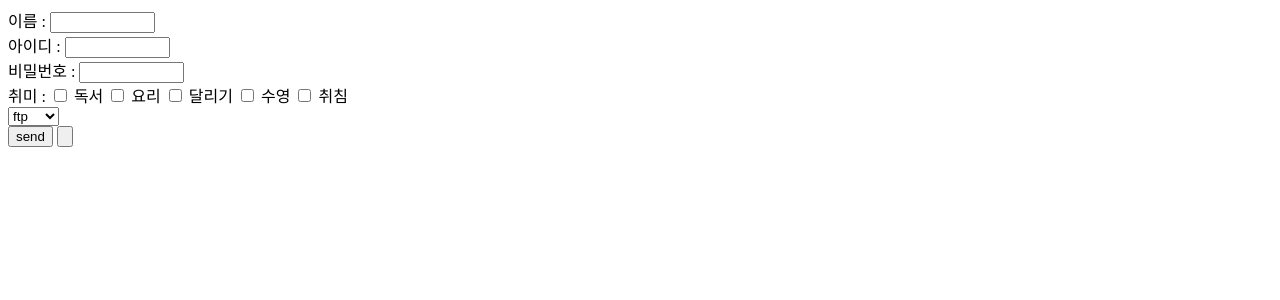
Repository: kimhun456/JSPLearn
Page: HelloWorld/WebContent/form.html
An editor plug-in stored every save of this project. The page is shown before and after the next save, followed by the edit.
The browser window is 1280 px wide. The pictures show the whole page.

Above is the page before, as saved 2015-06-27 12:56:58.

### HelloWorld/WebContent/form.html
<!DOCTYPE html>
<html>
<head>
<meta charset="UTF-8">
<title>Various FORM tags</title>
</head>
<body>

	<form action="HelloWorld" method="post">
		이름 : <input type="text" name="name" size="10"><br/>
		아이디 : <input type="text" name="id" size="10"><br/>
		비밀번호 :  <input type="password" name="pw" size="10"><br/>
		취미 : <input type="checkbox" name="hobby" value="read" > 독서
		<input type="checkbox" name="hobby" value="cook" > 요리
		<input type="checkbox" name="hobby" value="run" > 달리기
		<input type="checkbox" name="hobby" value="swim" > 수영
		<input type="checkbox" name="hobby" value="sleep" > 취침  <br />

		<select name = "protocol">
			<option value="http"> http</option>
			<option value="ftp" selected="selected"> ftp</option>
			<option value="smtp"> smtp</option>
			<option value="pop"> pop</option>

		</select><br/>

		<input type = "submit" value="send" >
		<input type="reset" value = "">

	</form>

</body>
</html>

After the next save:
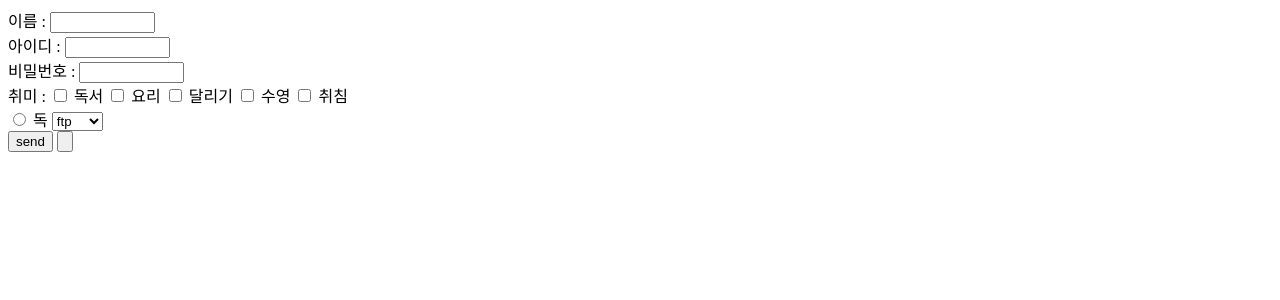
Saved 47 s later.
--- a/HelloWorld/WebContent/form.html
+++ b/HelloWorld/WebContent/form.html
@@ -16,6 +16,11 @@
 		<input type="checkbox" name="hobby" value="swim" > 수영
 		<input type="checkbox" name="hobby" value="sleep" > 취침  <br />
 
+		<input type="radio" name="hobby" value="read"> 독
+
+
+
+
 		<select name = "protocol">
 			<option value="http"> http</option>
 			<option value="ftp" selected="selected"> ftp</option>
